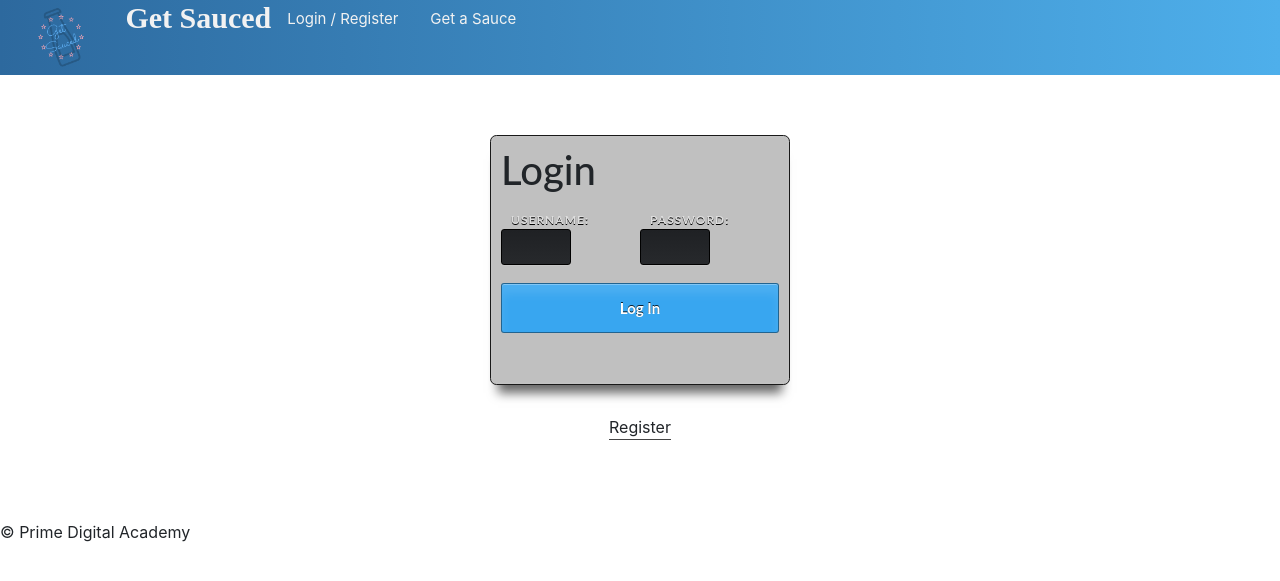
Repository: cossalter18/getSauced
Page: /
An editor plug-in stored every save of this project. The page is shown before and after a run of saves, followed by the edit.
The browser window is 1280 px wide. The pictures show the whole page.
The page's requests for data from a server got no answer. The project was rebuilt for these pictures with package versions that can differ from the ones it lists, and the page was loaded fresh each time. No one was signed in, and anything a server would have sent is missing. Also part of the build but not shown: src/components/LogOutButton/LogOutButton.js, src/components/RegisterPage/RegisterPage.js, src/components/AboutPage/AboutPage.css, src/components/AboutPage/AboutPage.js, src/components/UserPage/UserPage.js, src/components/BlogPost/BlogPost.js, src/components/NewPost/NewPost.css, src/components/NewPost/NewPost.js and 8 more.

Above is the page before, as saved 2020-06-03 11:27:53.

### src/index.js
import React from 'react';
import ReactDOM from 'react-dom';
import { createStore, applyMiddleware } from 'redux';
import { Provider } from 'react-redux';
import createSagaMiddleware from 'redux-saga';
import logger from 'redux-logger';

import rootReducer from './redux/reducers'; // imports ./redux/reducers/index.js
import rootSaga from './redux/sagas'; // imports ./redux/sagas/index.js

import App from './components/App/App';

import '../node_modules/bootstrap/dist/css/bootstrap.min.css'

const sagaMiddleware = createSagaMiddleware();

// this line creates an array of all of redux middleware you want to use
// we don't want a whole ton of console logs in our production code
// logger will only be added to your project if your in development mode
const middlewareList = process.env.NODE_ENV === 'development' ?
  [sagaMiddleware, logger] :
  [sagaMiddleware];

const store = createStore(
  // tells the saga middleware to use the rootReducer
  // rootSaga contains all of our other reducers
  rootReducer,
  // adds all middleware to our project including saga and logger
  applyMiddleware(...middlewareList),
);

// tells the saga middleware to use the rootSaga
// rootSaga contains all of our other sagas
sagaMiddleware.run(rootSaga);

ReactDOM.render(
  <Provider store={store}>
    <App />
  </Provider>,
  document.getElementById('react-root'),
);

### src/redux/reducers/index.js
import { combineReducers } from 'redux';
import errors from './errorsReducer';
import loginMode from './loginModeReducer';
import user from './userReducer';
import threadReducer from './threadsReducer'
import {reducer as formReducer} from 'redux-form'
import favoritesReducer from './favoritesReducer'
import getDetailsReducer from './getDetailsReducer'
import randomReducer from './randomReducer'

// rootReducer is the primary reducer for our entire project
// It bundles up all of the other reducers so our project can use them.
// This is imported in index.js as rootSaga

// Lets make a bigger object for our store, with the objects from our reducers.
// This is what we get when we use 'state' inside of 'mapStateToProps'
const rootReducer = combineReducers({
  errors, // contains registrationMessage and loginMessage
  loginMode, // will have a value of 'login' or 'registration' to control which screen is shown
  user, // will have an id and username if someone is logged in
  threadReducer,
  formReducer,
  favoritesReducer,
  getDetailsReducer,
  randomReducer
});

export default rootReducer;

### src/redux/sagas/index.js
import { all } from 'redux-saga/effects';
import loginSaga from './loginSaga';
import registrationSaga from './registrationSaga';
import userSaga from './userSaga';
import getThreadSaga from './getThreadsSaga'
import newPostSaga from './newPostSaga'
import deleteSaga from './deleteSaga'
import getFavoritesSaga from './getFavoritesSaga'
import getDetailsSaga from './getDetailsSaga'
import updatePostSaga from './updatePostSaga'
import addFavoritesSaga from './addFavoritesSaga'
import getRandomSaga from './getRandom'
// rootSaga is the primary saga.
// It bundles up all of the other sagas so our project can use them.
// This is imported in index.js as rootSaga

// some sagas trigger other sagas, as an example
// the registration triggers a login
// and login triggers setting the user
export default function* rootSaga() {
  yield all([
    loginSaga(),
    registrationSaga(),
    userSaga(),
    getThreadSaga(),
    newPostSaga(),
    deleteSaga(),
    getFavoritesSaga(),
    getDetailsSaga(),
    updatePostSaga(),
    addFavoritesSaga(),
    getRandomSaga()
  ]);
}

### src/redux/reducers/errorsReducer.js
import { combineReducers } from 'redux';

// loginMessage holds the string that will display
// on the login screen if there's an error
const loginMessage = (state = '', action) => {
  switch (action.type) {
    case 'CLEAR_LOGIN_ERROR':
      return '';
    case 'LOGIN_INPUT_ERROR':
      return 'Enter your username and password!';
    case 'LOGIN_FAILED':
      return 'Oops! The username and password didn\'t match. Try again!';
    case 'LOGIN_FAILED_NO_CODE':
      return 'Oops! Something went wrong! Is the server running?';
    default:
      return state;
  }
};

// registrationMessage holds the string that will display
// on the registration screen if there's an error
const registrationMessage = (state = '', action) => {
  switch (action.type) {
    case 'CLEAR_REGISTRATION_ERROR':
      return '';
    case 'REGISTRATION_INPUT_ERROR':
      return 'Choose a username and password!';
    case 'REGISTRATION_FAILED':
      return 'Oops! That didn\'t work. The username might already be taken. Try again!';
    default:
      return state;
  }
};

// make one object that has keys loginMessage, registrationMessage
// these will be on the redux state at:
// state.errors.loginMessage and state.errors.registrationMessage
export default combineReducers({
  loginMessage,
  registrationMessage,
});

### src/redux/reducers/threadsReducer.js
const threadsReducer = (state = [], action) => {
  switch (action.type) {
    case "SET_THREADS":
      return action.payload;
    default:
      return state;
  }
};

export default threadsReducer;

### src/redux/reducers/favoritesReducer.js
const favoritesReducer = (state = [], action) => {
    switch (action.type) {
        case "SET_FAVORITES":
            return action.payload;
        default:
            return state;
    }
};

export default favoritesReducer;

### src/redux/reducers/getDetailsReducer.js
const getDetailsReducer = (state = {}, action) => {
    switch (action.type) {
        case "SET_DETAILS":
            return action.payload[0];
        default:
            return state;
    }
};

export default getDetailsReducer;

### src/redux/reducers/randomReducer.js
const randomReducer = (state = [], action) => {
    switch (action.type) {
        case "SET_RANDOM":
            return action.payload;
        default:
            return state;
    }
};

export default randomReducer;

### src/redux/sagas/loginSaga.js
import { put, takeLatest } from 'redux-saga/effects';
import axios from 'axios';

// worker Saga: will be fired on "LOGIN" actions
function* loginUser(action) {
  try {
    // clear any existing error on the login page
    yield put({ type: 'CLEAR_LOGIN_ERROR' });

    const config = {
      headers: { 'Content-Type': 'application/json' },
      withCredentials: true,
    };

    // send the action.payload as the body
    // the config includes credentials which
    // allow the server session to recognize the user
    yield axios.post('/api/user/login', action.payload, config);

    // after the user has logged in
    // get the user information from the server
    yield put({type: 'FETCH_USER'});
  } catch (error) {
    console.log('Error with user login:', error);
    if (error.response.status === 401) {
      // The 401 is the error status sent from passport
      // if user isn't in the database or
      // if the username and password don't match in the database
      yield put({ type: 'LOGIN_FAILED' });
    } else {
      // Got an error that wasn't a 401
      // Could be anything, but most common cause is the server is not started
      yield put({ type: 'LOGIN_FAILED_NO_CODE' });
    }
  }
}

// worker Saga: will be fired on "LOGOUT" actions
function* logoutUser(action) {
  try {
    const config = {
      headers: { 'Content-Type': 'application/json' },
      withCredentials: true,
    };

    // the config includes credentials which
    // allow the server session to recognize the user
    // when the server recognizes the user session
    // it will end the session
    yield axios.post('/api/user/logout', config);

    // now that the session has ended on the server
    // remove the client-side user object to let
    // the client-side code know the user is logged out
    yield put({ type: 'UNSET_USER' });

  } catch (error) {
    console.log('Error with user logout:', error);
  }
}

function* loginSaga() {
  yield takeLatest('LOGIN', loginUser);
  yield takeLatest('LOGOUT', logoutUser);
}

export default loginSaga;

### src/redux/sagas/registrationSaga.js
import { put, takeLatest } from 'redux-saga/effects';
import axios from 'axios';

// worker Saga: will be fired on "REGISTER" actions
function* registerUser(action) {
  try {
    // clear any existing error on the registration page
    yield put({ type: 'CLEAR_REGISTRATION_ERROR' });

    // passes the username and password from the payload to the server
    yield axios.post('/api/user/register', action.payload);

    // automatically log a user in after registration
    yield put({ type: 'LOGIN', payload: action.payload });

    // set to 'login' mode so they see the login screen
    // after registration or after they log out
    yield put({type: 'SET_TO_LOGIN_MODE'});
  } catch (error) {
      console.log('Error with user registration:', error);
      yield put({type: 'REGISTRATION_FAILED'});
  }
}

function* registrationSaga() {
  yield takeLatest('REGISTER', registerUser);
}

export default registrationSaga;

### src/redux/sagas/userSaga.js
import axios from 'axios';
import { put, takeLatest } from 'redux-saga/effects';

// worker Saga: will be fired on "FETCH_USER" actions
function* fetchUser() {
  try {
    const config = {
      headers: { 'Content-Type': 'application/json' },
      withCredentials: true,
    };

    // the config includes credentials which
    // allow the server session to recognize the user
    // If a user is logged in, this will return their information
    // from the server session (req.user)
    const response = yield axios.get('/api/user', config);

    // now that the session has given us a user object
    // with an id and username set the client-side user object to let
    // the client-side code know the user is logged in
    yield put({ type: 'SET_USER', payload: response.data });
  } catch (error) {
    console.log('User get request failed', error);
  }
}

function* userSaga() {
  yield takeLatest('FETCH_USER', fetchUser);
}

export default userSaga;

### src/redux/sagas/getThreadsSaga.js
import axios from "axios";
import { put, takeEvery } from "redux-saga/effects";

function* getThreads() {
  try {
    const response = yield axios.get("/api/threads");
    console.log("++++++++++++++", response.data)
    yield put({ type: "SET_THREADS", payload: response.data });

  } catch (error) {
    console.log("Error in GET", error);
  }
}

function* threadSaga() {
  yield takeEvery("GET_THREADS", getThreads);
}

export default threadSaga;

### src/redux/sagas/newPostSaga.js
import axios from "axios";
import { put, takeEvery } from "redux-saga/effects";

function* addPost(action) {
  try {
   console.log("action.payload!!!!!!!!!!!!!", action.payload);
   const response = yield axios.post('/api/threads', action.payload);
   yield put({ type: "GET_THREADS"})

  }catch (error){
      console.log(error);
  }
}

function* newPostSaga() {
  yield takeEvery("NEW_POST", addPost);
}

export default newPostSaga;

//we are going to reuse SET_THREADS reducer

### src/redux/sagas/deleteSaga.js
import axios from "axios";
import { put, takeEvery } from "redux-saga/effects";

function* deletePost(action) {
    try {
        console.log('action.payload =======', action.payload);
        console.log('!!!!!!!!!!!!!!!!!!!!!', action);

        const response = yield axios.delete(`/api/threads/${action.payload}`)
        yield put ({type: "GET_THREADS", payload: response.data})
    } catch (error) {
        console.log("Error in DELETE!!!!!!!!!!!!!!", error);
    }
}

function* deleteSaga() {
    yield takeEvery("DELETE_POST", deletePost);
}

export default deleteSaga;

### src/redux/sagas/getFavoritesSaga.js
import axios from "axios";
import { put, takeEvery } from "redux-saga/effects";

function* getFavorites() {
  try {
    const response = yield axios.get("/api/favorites");
    console.log("!!! FAVORITES !!! ========>", response.data);
    yield put({ type: "SET_FAVORITES", payload: response.data });
  } catch (error) {
    console.log("Error in GET", error);
  }
}

function* getFavoritesSaga() {
  yield takeEvery("GET_FAVORITES", getFavorites);
}

export default getFavoritesSaga;

### src/redux/sagas/getDetailsSaga.js
import axios from "axios";
import { put, takeEvery } from "redux-saga/effects";

function* getDetail(action) {
    try {
        const id = action.payload
        const response = yield axios.get(`/api/threads/blog/${id}`);
        console.log("MADE IT TO getDetail SAGA!!!!!!")
        yield put({ type: "SET_DETAILS", payload: response.data });
    } catch (error) {
        console.log("Error in GET", error);
    }
}

function* getDetailsSaga() {
    yield takeEvery("GET_DETAILS", getDetail);
}

export default getDetailsSaga;

### src/redux/sagas/updatePostSaga.js
import axios from "axios";
import {put, takeEvery } from "redux-saga/effects";

function* updatePost(action) {
    console.log('UpdatePost!!!!!!!!!', action.payload);

    try {
        const response = yield axios.put(`/api/threads/${action.payload.id}`, action.payload)
        console.log('IN UPDATE POST PUT', response);
        // yield put ({type: 'SET_THREADS'})

    } catch (error) {
        console.log(error);
    }
}

function* updatePostSaga() {
    yield takeEvery("UPDATE_POST", updatePost);
}

export default updatePostSaga;

### src/redux/sagas/addFavoritesSaga.js
import axios from "axios";
import { put, takeEvery } from "redux-saga/effects";

function* addFavorites() {
    try {
        const response = yield axios.post("/api/favorites");
        console.log("!!! FAVORITES !!! ========>", response.data);
        yield put({ type: "SET_FAVORITES", payload: response.data });
    } catch (error) {
        console.log("Error in FAVORITES POST", error);
    }
}

function* addFavoritesSaga() {
    yield takeEvery("ADD_FAVORITES", addFavorites);
}

export default addFavoritesSaga;

### src/redux/sagas/getRandom.js
import axios from "axios";
import { put, takeEvery } from "redux-saga/effects";

//https://spoonacular-recipe-food-nutrition-v1.p.rapidapi.com/recipes/random

function* getRandom(action) {
    console.log("IN API REQUEST:", action)
    try {
        const response = yield axios({
            "method": "GET",
            "url": "",
            "headers": {
                "content-type": "application/octet-stream",
                "x-rapidapi-host": "spoonacular-recipe-food-nutrition-v1.p.rapidapi.com",
                "x-rapidapi-key": "c31d4b7038mshacdc5b1ac5dafd5p11278fjsnc256fb5cf578",
                "useQueryString": true
            }, "params": {
                "number": "1",
                "tags": "sauce"
            }
        })
        yield put({ type: "SET_RANDOM", payload: response.data.recipes });
    } catch (error) {
        console.log("Error in GET", error);
    }
}

function* getRandomSaga() {
    yield takeEvery("GET_RANDOM", getRandom);
}

export default getRandomSaga;

### src/components/Nav/Nav.js
import React from "react";
import { Link } from "react-router-dom";
import { connect } from "react-redux";
import LogOutButton from "../LogOutButton/LogOutButton";
import "./Nav.css";

const Nav = (props) => (
  <div className="nav">
    <Link to="/home">
      <img className="logo" src="GetSauced.png" alt="logo" />
      <h2 className="nav-title">Get Sauced</h2>
    </Link>
    <div className="nav-right">
      <Link className="nav-link" to="/home">
        {/* Show this link if they are logged in or not,
        but call this link 'Home' if they are logged in,
        and call this link 'Login / Register' if they are not */}
        {props.user.id ? "Home" : "Login / Register"}
      </Link>
      {/* Show the link to the info page and the logout button if the user is logged in */}
      {props.user.id && (
        <>
          <Link className="nav-link" to="/info">
            Blog Post
          </Link>
          <Link className="nav-link" to="/favorite">
            Favorites
          </Link>
          <Link className="nav-link" to="/profile">
            Profile
          </Link>
          {/* <LogOutButton className="nav-link" /> */}
        </>

      )}
      {/* Always show this link since the about page is not protected */}
      <Link className="nav-link" to="/about">
        Get a Sauce
      </Link>
    </div>
  </div>
);

// Instead of taking everything from state, we just want the user
// object to determine if they are logged in
// if they are logged in, we show them a few more links
// if you wanted you could write this code like this:
// const mapStateToProps = ({ user }) => ({ user });
const mapStateToProps = (state) => ({
  user: state.user,
});

export default connect(mapStateToProps)(Nav);

### src/components/App/App.css
body {
    font-family: 'Segoe UI', Tahoma, Geneva, Verdana, sans-serif;
    margin: 0px;
}

.alert {
    background-color: #ff4545;
    margin: 50px;
}

form {
    background-color: #dbd5d5;
    width: 30%;
    height: 250px;
    margin: 20px auto;
    padding: 25px;
    border-radius: 2px;
}

input {
    margin: 5px;
    margin-bottom: 10px;
}

.log-in, .log-out, .register {
  background-image: linear-gradient(to right, #2d699e, #4eafeb);
  border-radius: 4px;
  color: #f8f8f8;
  min-height: 50px;
  min-width: 100px;
  outline:0;
  cursor: pointer;
}

.log-in:hover, .log-out:hover, .register:hover {
  background-color: #008183;
}

/* This line makes the "Register" and "Login" buttons look like links */
.link-button {
    background:none;
    color:inherit;
    border:none;
    padding:0;
    font: inherit;
    outline:0;
    border-bottom:1px solid #444;
    cursor: pointer;
}

### src/components/Nav/Nav.css
.nav-title {
    font-size: 30px;
    font-weight: 700;
    display: inline-block;
    color: #f2f2f2;
    padding-left: 10px;
    font-family: "SignPainter";
}

.nav {
  overflow: hidden;
  background-image: linear-gradient(to right, #2d699e, #4eafeb)
}

.nav-link {
  float: left;
  color: #f2f2f2;
  /* background-color: #00acb0; */
  text-align: center;
  padding: 24px 10px;
  text-decoration: none;
  font-size: 15px;

  /* these last two make the logout button in
  the nav bar look like another link */
  border:none;
  /* cursor: pointer; */
  outline:0;
}

.nav-link:hover {
  background-color: #87A8C5
}

.nav-right {
  float: right;
}

.logo {
  height:75px;
  width: auto;
  float: left;
}

### src/components/BlogPost/BlogPost.css
.nav-right {
  float: right;
  margin-right: 30px;

}

h2 {
  cursor: pointer;
}

.content {
  font-size: 10px;
}

.button{
  margin: 100px;
  padding: 25px;
}


/* .container {
   width: 75%;
    height: 10rem;
    margin: auto;
    background-color:#4eafeb;
    border-radius: 10px;
} */


.container {
    box-sizing: border-box;
    width: 75%;
    height: 10rem;
    margin-top: 35px;
    margin-bottom: 8px;
    background-color:#4eafeb;
    border-radius: 10px;
    /* white-space: nowrap; */
  overflow: hidden;
  text-overflow: ellipsis;
}

.child {
 white-space: nowrap;
  overflow: hidden;
  text-overflow: ellipsis;

}


/*
.child {
 flex: 1;
    height: auto;
    margin: auto;
    border-color: red;
    border-width: 10px;
} */

### src/components/LoginPage/LoginPage.css
.form-3 {
    font-family: 'Ubuntu', 'Lato', sans-serif;
    font-weight: 400;
    /* Size and position */
    width: 300px;
    position: relative;
    margin: 60px auto 30px;
    padding: 10px;
    overflow: hidden;

    /* Styles */
    background: silver;
    border-radius: 0.4em;
    border: 1px solid #191919;
    box-shadow:
        inset 0 0 2px 1px rgba(255,255,255,0.08),
        0 16px 10px -8px rgba(0, 0, 0, 0.6);
}

.form-3 label {
    /* Size and position */
    width: 50%;
    float: left;
    padding-top: 9px;

    /* Styles */
    color: #ddd;
    font-size: 12px;
    text-transform: uppercase;
    letter-spacing: 1px;
    text-shadow: 0 1px 0 #000;
    text-indent: 10px;
    font-weight: 700;
    cursor: pointer;
}

.form-3 input[type=text],
.form-3 input[type=password] {
    /* Size and position */
    width: 50%;
    float: left;
    padding: 8px 5px;
    margin-bottom: 10px;
    font-size: 12px;

    /* Styles */
    background: linear-gradient(#1f2124, #27292c);
    border: 1px solid #000;
    box-shadow:
        0 1px 0 rgba(255,255,255,0.1);
    border-radius: 3px;

    /* Font styles */
    font-family: 'Ubuntu', 'Lato', sans-serif;
    color: #fff;

}

.form-3 input[type=text]:hover,
.form-3 input[type=password]:hover,
.form-3 label:hover ~ input[type=text],
.form-3 label:hover ~ input[type=password] {
    background: #27292c;
}

.form-3 input[type=text]:focus,
.form-3 input[type=password]:focus {
    box-shadow: inset 0 0 2px #000;
    background: #494d54;
    border-color: #51cbee;
    outline: none; /* Remove Chrome outline */
}

.form-3 label[for=remember] {
    width: auto;
    float: none;
    display: inline-block;
    text-transform: capitalize;
    font-size: 11px;
    font-weight: 400;
    letter-spacing: 0px;
    text-indent: 2px;
}

.form-3 input[type=checkbox] {
    margin-left: 10px;
    vertical-align: middle;
}

.form-3 input[type=submit] {
    /* Width and position */
    width: 100%;
    padding: 8px 5px;

    /* Styles */
    border: 1px solid #0273dd; /* Fallback */
    border: 1px solid rgba(0,0,0,0.4);
    box-shadow:
        inset 0 1px 0 rgba(255,255,255,0.3),
        inset 0 10px 10px rgba(255,255,255,0.1);
    border-radius: 3px;
    background: #38a6f0;
    cursor:pointer;

    /* Font styles */
    font-family: 'Ubuntu', 'Lato', sans-serif;
    color: white;
    font-weight: 700;
    font-size: 15px;
    text-shadow: 0 -1px 0 rgba(0,0,0,0.8);
}

.form-3 input[type=submit]:hover {
    box-shadow: inset 0 1px 0 rgba(255,255,255,0.6);
}

.form-3 input[type=submit]:active {
    background: #287db5;
    box-shadow: inset 0 0 3px rgba(0,0,0,0.6);
    border-color: #000; /* Fallback */
    border-color: rgba(0,0,0,0.9);
}

.no-boxshadow .form-3 input[type=submit]:hover {
    background: #2a92d8;
}

Loaded but not shown: public/index.html (common file); src/redux/reducers/loginModeReducer.js (common file); src/redux/reducers/userReducer.js (common file); src/components/Footer/Footer.js (common file); src/components/Footer/Footer.css (common file); src/components/App/App.js (98 lines, source omitted); src/components/ProtectedRoute/ProtectedRoute.js (66 lines, source omitted); src/components/LoginPage/LoginPage.js (83 lines, source omitted)

After the next 2 saves:
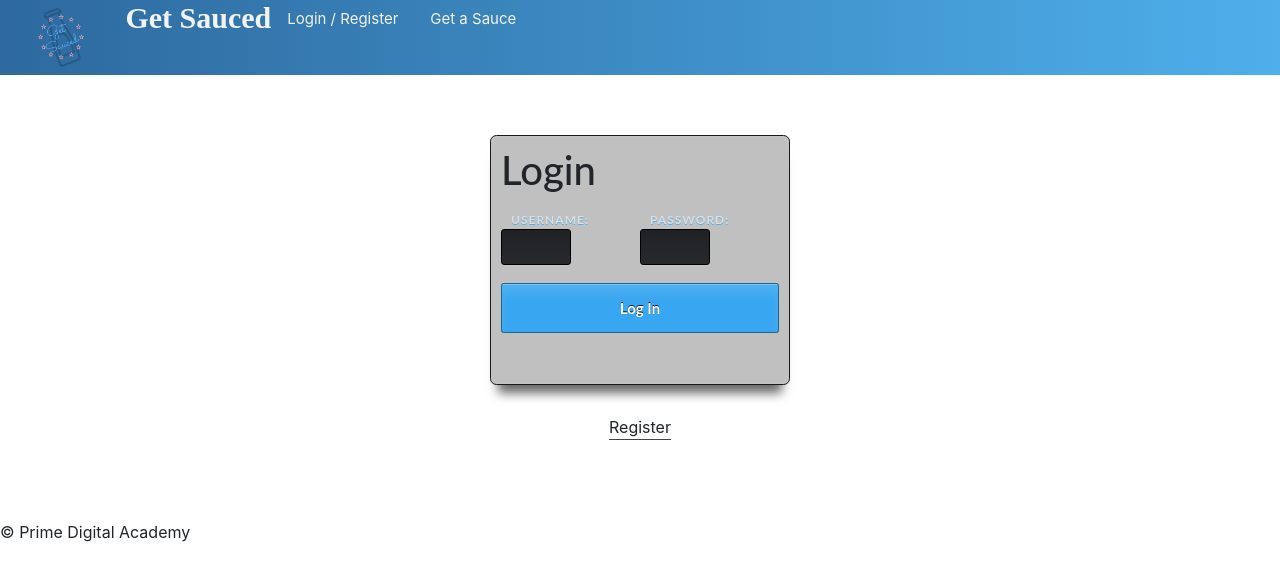
The 2 saves are shown as one change because they came seconds apart.
The last was saved 19 s later.
--- a/src/components/LoginPage/LoginPage.css
+++ b/src/components/LoginPage/LoginPage.css
@@ -28,7 +28,7 @@
     font-size: 12px;
     text-transform: uppercase;
     letter-spacing: 1px;
-    text-shadow: 0 1px 0 #000;
+    text-shadow: 0 1px 0 #4eafeb;
     text-indent: 10px;
     font-weight: 700;
     cursor: pointer;

After the save that followed:
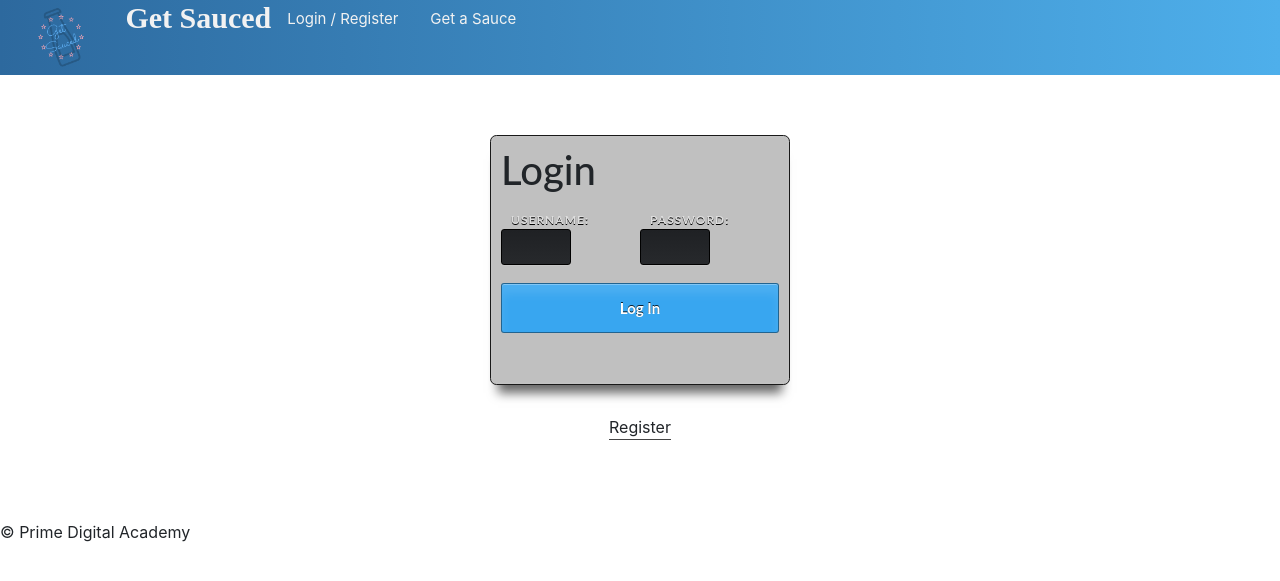
Saved 4 s later.
--- a/src/components/LoginPage/LoginPage.css
+++ b/src/components/LoginPage/LoginPage.css
@@ -28,7 +28,7 @@
     font-size: 12px;
     text-transform: uppercase;
     letter-spacing: 1px;
-    text-shadow: 0 1px 0 #4eafeb;
+    text-shadow: 0 1px 0 #000;
     text-indent: 10px;
     font-weight: 700;
     cursor: pointer;
